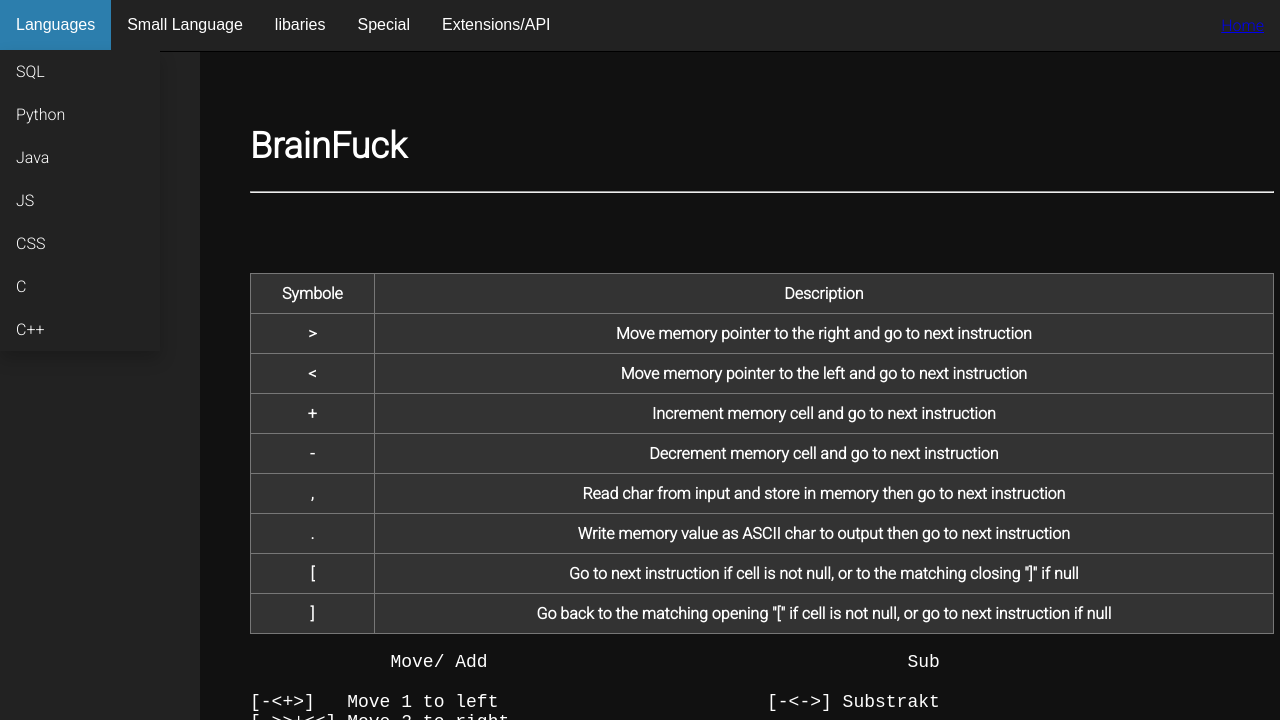
Repository: Max-Rohrhirsch/Max-Rohrhirsch.github.io
Page: documentation/small/brainfuck.html
An editor plug-in stored every save of this project. The page is shown before and after the next save, followed by the edit.
The browser window is 1280 px wide. The pictures show the whole page.

Above is the page before, as saved 2023-10-15 10:46:25.

After the next save:
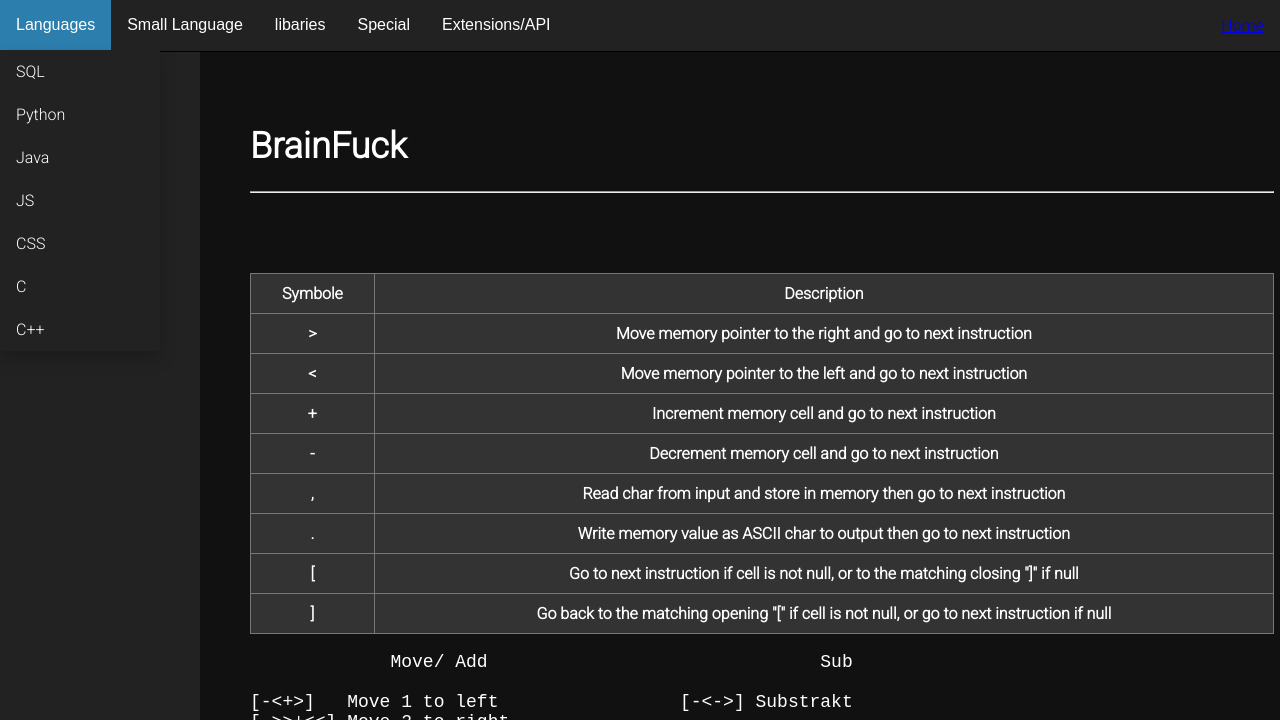
Saved 5 min 54 s later.
--- a/documentation/small/brainfuck.html
+++ b/documentation/small/brainfuck.html
@@ -71,8 +71,12 @@
         <pre>
             <code language="bf"> Multiplication
  v
-[A][B][Result]
-[>[>+<-]<-]
+[A][B][_B][result]
+++++++++++               (10)
+>+++++<                  (5)
+[>[->+>+<<]>[-<+>]<<-]   multiply
+>[-]>>[-<<<+>>>]<<<      cleansing
+.                        print 5x10 = 50 ('2' in ASCII)
 
             </code>
         </pre>
